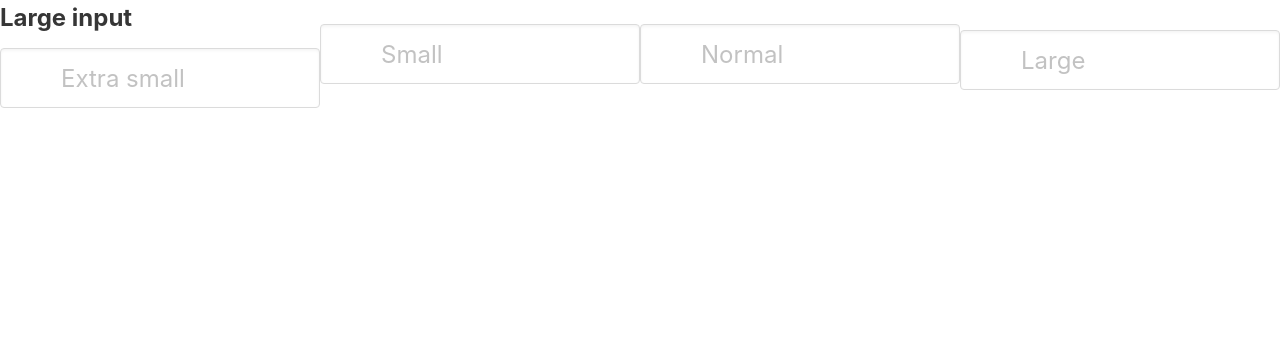
Repository: Spawnbig/ProyectoEspTec1
Page: /
The author's editor kept a copy of each file at every save. The page is drawn from the files as they stood at one save, then again after the next save.
The browser window is 1280 px wide. The pictures show the whole page.
The project was rebuilt for these pictures with package versions that can differ from the ones it lists, and the page was loaded fresh each time. Also part of the build but not shown: vite.config.js, src/views/Dashboard.vue.

Above is the page before, as saved 2022-07-08 21:50:39.

After the next save:
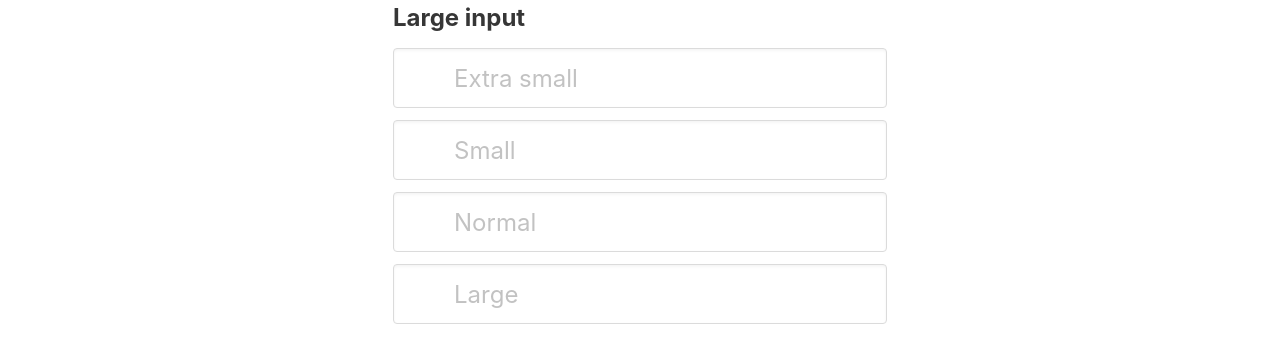
Saved 26 s later.
--- a/src/components/CrearUsuario.vue
+++ b/src/components/CrearUsuario.vue
@@ -67,9 +67,9 @@
 
 <style scoped>
 #Cuerpo{
-  display: flex;
-  justify-content: center;
-  align-items: center;
+   display: grid;
+  place-content: center;
+
 
 }
 </style>
